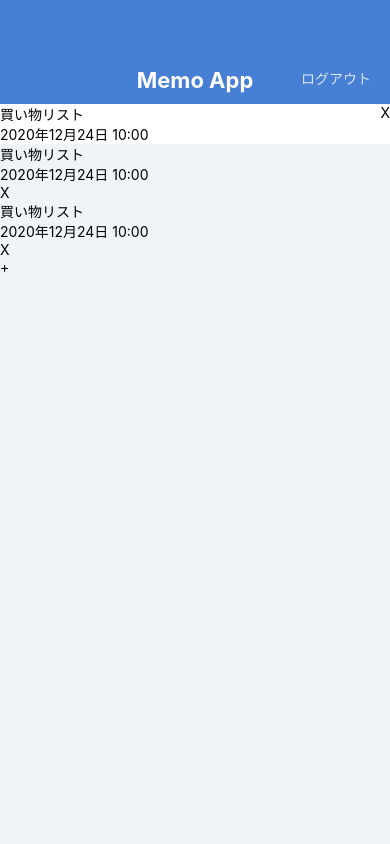
Repository: hirano-step/MemoApp
Screen: /
An editor plug-in stored every save of this project. The screen is shown before and after a run of saves, followed by the edit.
The app was drawn by React Native's web renderer in a window 390 px wide. The project was rebuilt for these pictures with package versions that can differ from the ones it lists, and the page was loaded fresh each time.

Above is the screen before, as saved 2023-01-12 11:18:37.

After the next 2 saves:
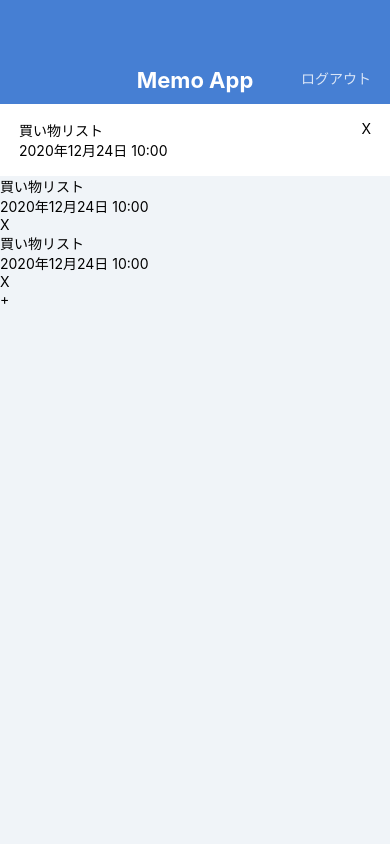
The 2 saves are shown as one change because 1 did not build or start.
The last was saved 68 s later.
--- a/App.jsx
+++ b/App.jsx
@@ -81,5 +81,7 @@ const styles = StyleSheet.create({
     backgroundColor: '#FFFFFF',
     flexDirection: 'row',
     justifyContent: 'space-between',
+    paddingVertical: 16,
+    paddingHorizontal: 19,
   }
 });
